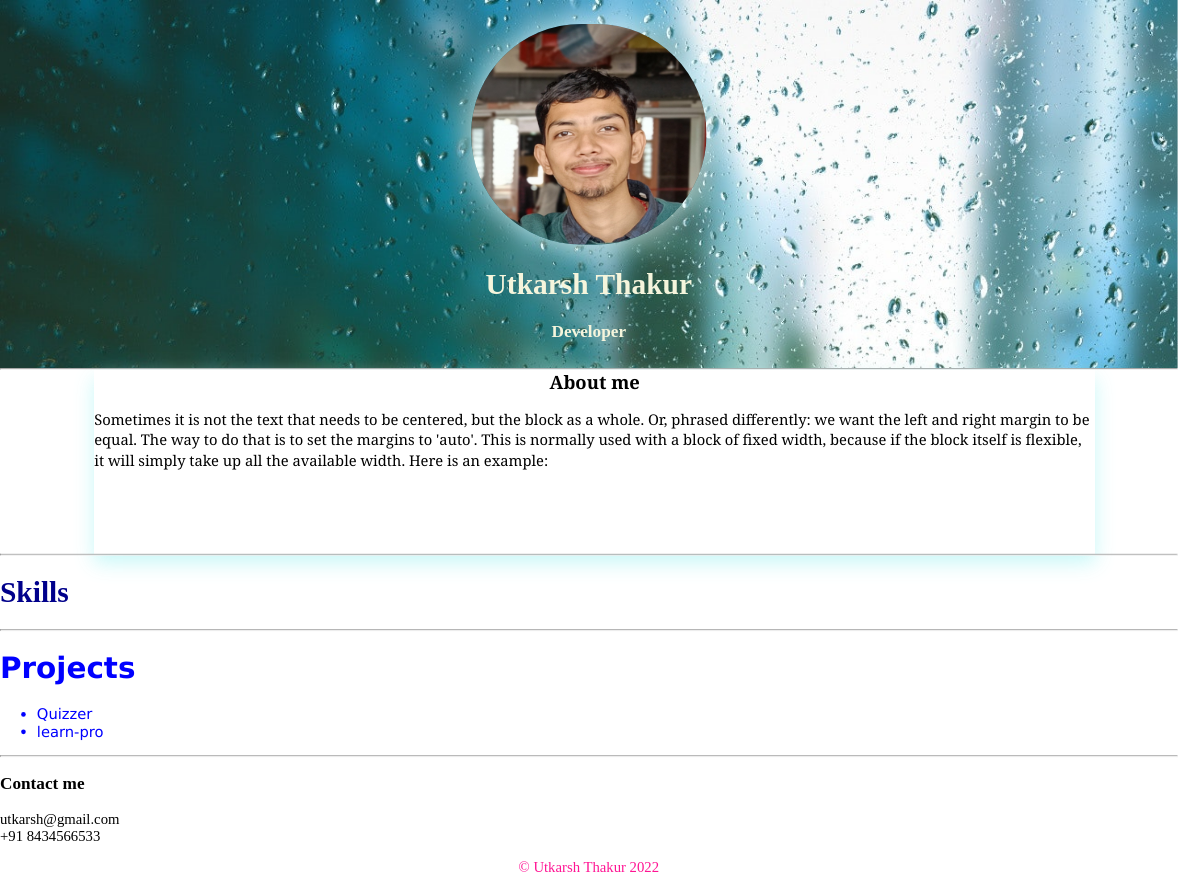
Repository: UtkarshThakur321/Utkarsh-Thakur-Profile
Page: index.html
These files come from the project's save history. The page is drawn as it stood at one moment and after the next save; the edit follows.
The browser window is 1280 px wide. The pictures show the whole page, at 92% of full size.

Above is the page before, as saved 2022-01-22 23:41:17.
Not found: main.js

After the next save:
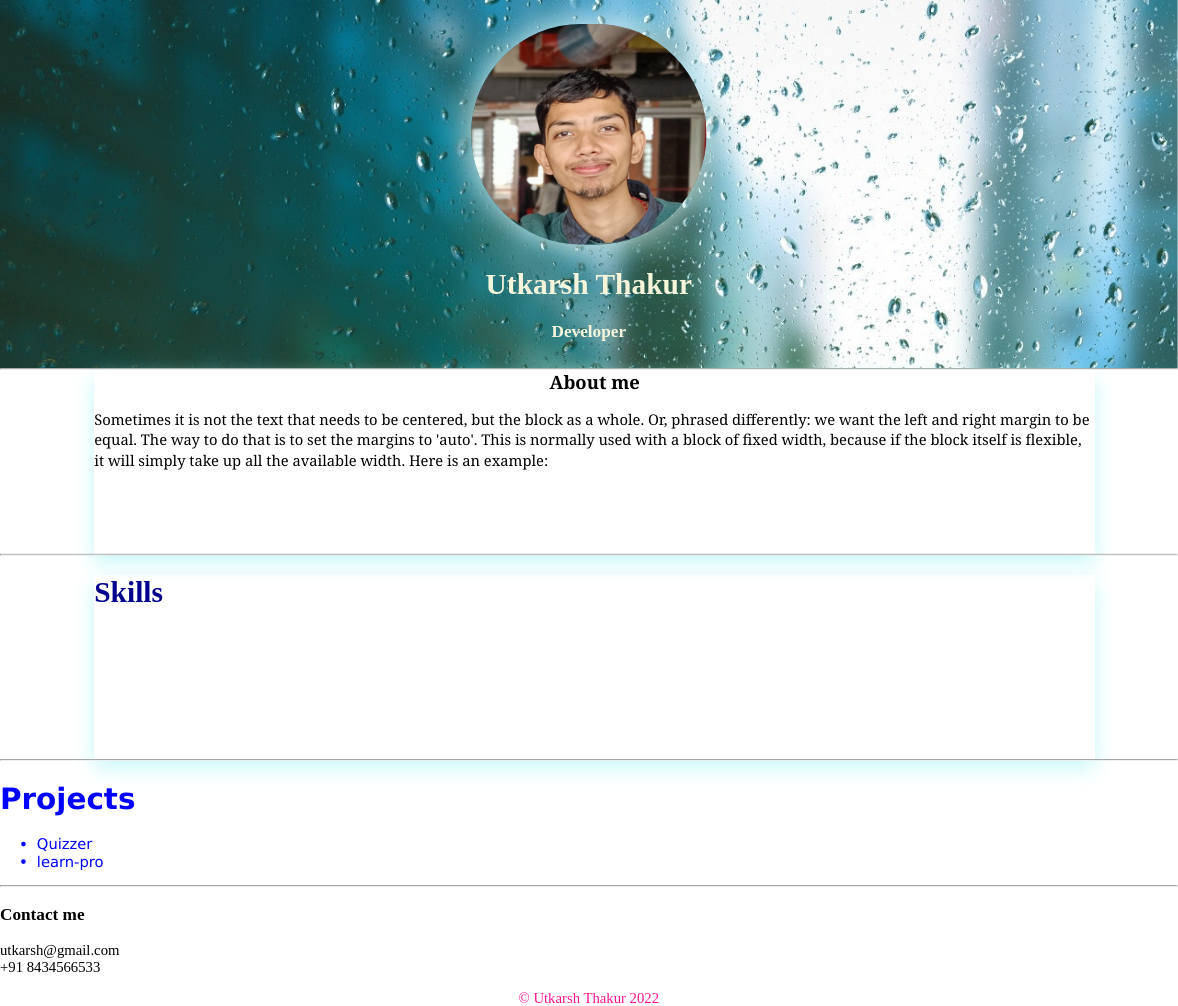
Saved 44 s later.
--- a/index.css
+++ b/index.css
@@ -47,7 +47,15 @@ body{
 }
 
 
+#skills{
 
+        width:85%;
+        height:200px;
+        /* border:2px solid green; */
+        margin-left:8%;
+        box-shadow: 0px 10px 20px rgba(195, 247, 247, 0.911);
+
+}
 
 
 hr{
